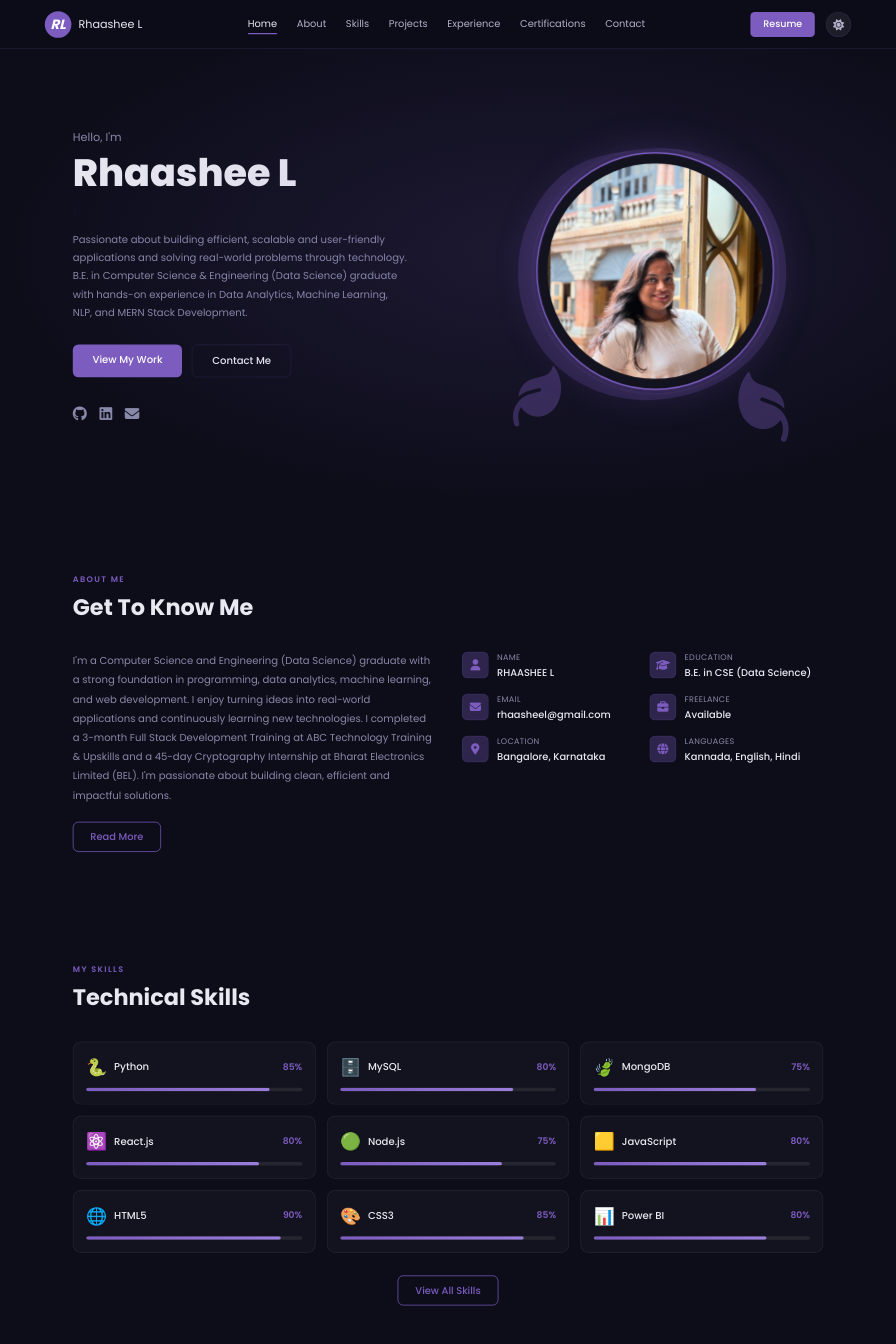
Repository: Rhaashee/Portfolio
Page: MyProfile-frontend/index.html
These files come from the project's save history. The page is drawn as it stood at one moment and after the next save; the edit follows.
The browser window is 1280 px wide. The pictures show the part of the page from y = 0 to 1920 px (the page is 5022 px tall), at 70% of full size.

Above is the page before, as saved 2026-06-21 13:07:21.

### MyProfile-frontend/index.html
<!DOCTYPE html>
<html lang="en">
<head>
<meta charset="UTF-8" />
<meta name="viewport" content="width=device-width, initial-scale=1.0" />
<title>Rhaashee L | Portfolio</title>
<link rel="preconnect" href="https://fonts.googleapis.com" />
<link href="https://fonts.googleapis.com/css2?family=Poppins:wght@300;400;500;600;700;800&display=swap" rel="stylesheet" />
<link rel="stylesheet" href="https://cdnjs.cloudflare.com/ajax/libs/font-awesome/6.5.1/css/all.min.css" />

<link rel="stylesheet" href="css/varibales.css" />
<link rel="stylesheet" href="css/custom.css" />
<link rel="stylesheet" href="css/themes.css" />
<link rel="stylesheet" href="css/animations.css" />
<link rel="stylesheet" href="css/responsive.css" />
</head>
<body>

<!-- ===== NAVBAR ===== -->
<nav class="navbar" id="navbar">
  <div class="nav-logo">
    <div class="logo-icon">R</div>
    <span id="nav-logo-text">RHAASHEE</span>
  </div>

  <div class="nav-links">
    <a href="#hero" class="active">Home</a>
    <a href="#about">About</a>
    <a href="#skills">Skills</a>
    <a href="#projects">Projects</a>
    <a href="#experience">Experience</a>
    <a href="#certifications">Certifications</a>
    <a href="#contact">Contact</a>
  </div>

  <div class="nav-right">
    <a href="assets/resume/RhaasheeL_Resume.pdf" target="_blank" class="btn-resume" id="nav-resume-btn">Resume</a>
    <button class="theme-toggle" id="theme-toggle" aria-label="Toggle theme"><i class="fas fa-sun"></i></button>
    <button class="hamburger" id="hamburger" aria-label="Menu">
      <span></span><span></span><span></span>
    </button>
  </div>
</nav>

<div class="mobile-menu" id="mobile-menu">
  <a href="#hero" class="mobile-link">Home</a>
  <a href="#about" class="mobile-link">About</a>
  <a href="#skills" class="mobile-link">Skills</a>
  <a href="#projects" class="mobile-link">Projects</a>
  <a href="#experience" class="mobile-link">Experience</a>
  <a href="#certifications" class="mobile-link">Certifications</a>
  <a href="#contact" class="mobile-link">Contact</a>
</div>

<!-- ===== 01 HERO ===== -->
<section id="hero">
  <div class="hero-wrapper">
    <div class="hero-content">
      <p class="hero-hello" id="hero-hello">Hello, I'm</p>
      <h1 class="hero-name" id="hero-name">RHAASHEE L</h1>
      <p class="hero-tagline"><span id="hero-tagline-text" class="typing-text"></span></p>
      <p class="hero-desc" id="hero-desc"></p>
      <div class="hero-btns">
        <a href="#projects" class="btn-primary">View My Work</a>
        <a href="#contact" class="btn-secondary">Contact Me</a>
      </div>
      <div class="hero-socials" id="hero-socials"></div>
    </div>

    <div class="hero-image-wrap">
      <div class="hero-blob">
        <svg viewBox="0 0 500 500" xmlns="http://www.w3.org/2000/svg">
          <path d="M250,60 C340,55 420,110 440,200 C460,290 420,370 340,410 C260,450 160,440 100,380 C40,320 30,220 70,150 C110,80 160,65 250,60 Z"></path>
        </svg>
      </div>

      <div class="hero-decor">
        <i class="fas fa-sparkle sparkle sparkle-1"></i>
        <i class="fas fa-sparkle sparkle sparkle-2"></i>
        <i class="fas fa-sparkle sparkle sparkle-3"></i>
        <i class="fas fa-sparkle sparkle sparkle-4"></i>
        <i class="fas fa-sparkle sparkle sparkle-5"></i>
        <i class="fas fa-leaf leaf leaf-1"></i>
        <i class="fas fa-leaf leaf leaf-2"></i>
      </div>

      <div class="hero-image-ring">
        <img id="hero-img" src="assets/images/rhaa.jpeg" alt="Rhaashee L" />
      </div>
    </div>
  </div>
</section>

<!-- ===== 02 ABOUT ===== -->
<section id="about" class="section">
  <p class="section-label">About Me</p>
  <h2 class="section-title">Get To Know Me</h2>

  <div class="about-grid">
    <div>
      <p class="about-desc" id="about-desc"></p>
      <a href="#contact" class="btn-outline">Read More</a>
    </div>

    <div class="about-info-grid">
      <div class="about-info-item">
        <div class="about-info-icon"><i class="fas fa-user"></i></div>
        <div>
          <div class="about-info-label">Name</div>
          <div class="about-info-value" id="about-name"></div>
        </div>
      </div>
      <div class="about-info-item">
        <div class="about-info-icon"><i class="fas fa-graduation-cap"></i></div>
        <div>
          <div class="about-info-label">Education</div>
          <div class="about-info-value" id="about-education"></div>
        </div>
      </div>
      <div class="about-info-item">
        <div class="about-info-icon"><i class="fas fa-envelope"></i></div>
        <div>
          <div class="about-info-label">Email</div>
          <div class="about-info-value" id="about-email"></div>
        </div>
      </div>
      <div class="about-info-item">
        <div class="about-info-icon"><i class="fas fa-briefcase"></i></div>
        <div>
          <div class="about-info-label">Freelance</div>
          <div class="about-info-value" id="about-freelance"></div>
        </div>
      </div>
      <div class="about-info-item">
        <div class="about-info-icon"><i class="fas fa-location-dot"></i></div>
        <div>
          <div class="about-info-label">Location</div>
          <div class="about-info-value" id="about-location"></div>
        </div>
      </div>
      <div class="about-info-item">
        <div class="about-info-icon"><i class="fas fa-globe"></i></div>
        <div>
          <div class="about-info-label">Languages</div>
          <div class="about-info-value" id="about-languages"></div>
        </div>
      </div>
    </div>
  </div>
</section>

<!-- ===== 03 SKILLS ===== -->
<section id="skills" class="section">
  <p class="section-label">My Skills</p>
  <h2 class="section-title">Technical Skills</h2>

  <div class="skills-grid" id="skills-grid"></div>

  <div class="skills-btn-wrap">
    <a href="#" class="btn-outline">View All Skills</a>
  </div>
</section>

<!-- ===== 04 PROJECTS ===== -->
<section id="projects" class="section">
  <p class="section-label">Featured Projects</p>
  <h2 class="section-title">Some Things I've Built</h2>

  <div class="projects-grid" id="projects-grid"></div>

  <div class="projects-btn-wrap">
    <a href="#" class="btn-outline">View All Projects</a>
  </div>
</section>

<!-- ===== 05 EXPERIENCE ===== -->
<section id="experience" class="section">
  <p class="section-label">Experience</p>
  <h2 class="section-title">Work Experience</h2>

  <div class="experience-timeline">
    <div class="timeline-track" id="experience-track"></div>
  </div>
</section>

<!-- ===== 06 CERTIFICATIONS ===== -->
<section id="certifications" class="section">
  <p class="section-label">Certifications</p>
  <h2 class="section-title">My Certifications</h2>

  <div class="certs-slider-wrap">
    <div class="certs-row" id="certs-row"></div>
    <button class="certs-arrow" id="certs-arrow" aria-label="Next certifications"><i class="fas fa-chevron-right"></i></button>
  </div>
</section>

<!-- ===== EDUCATION ===== -->
<section id="education" class="section">
  <p class="section-label">Education</p>
  <h2 class="section-title">My Education</h2>

  <div class="education-grid" id="education-grid"></div>
</section>

<!-- ===== 08 CONTACT ===== -->
<section id="contact" class="section" style="position:relative;">
  <p class="section-label">Contact</p>
  <h2 class="section-title">Let's Connect</h2>

  <div class="contact-grid">
    <div>
      <p class="contact-desc">Have a project in mind or just want to say hi? I'd love to hear from you!</p>
      <div class="contact-info-list">
        <div class="contact-info-item"><i class="fas fa-envelope"></i><span id="contact-email"></span></div>
        <div class="contact-info-item"><i class="fas fa-phone"></i><span id="contact-phone"></span></div>
        <div class="contact-info-item"><i class="fas fa-location-dot"></i><span id="contact-location"></span></div>
      </div>
    </div>

    <form class="contact-form" id="contact-form">
      <div class="form-row">
        <div class="form-group">
          <input type="text" id="contact-name" placeholder="Name" required />
        </div>
        <div class="form-group">
          <input type="email" id="contact-email-input" placeholder="Email" required />
        </div>
      </div>
      <div class="form-group">
        <textarea id="contact-message" placeholder="Message" required></textarea>
      </div>
      <button type="submit" class="btn-send">Send Message</button>
      <p id="form-status" style="display:none;margin-top:10px;font-size:0.82rem;"></p>
    </form>
  </div>
  <div class="contact-plant">🪴</div>
</section>

<!-- ===== 09 FOOTER ===== -->
<footer>
  <div class="footer-grid">
    <div class="footer-brand">
      <div class="logo-icon">R</div>
      <p style="margin:10px 0 4px;font-weight:600;" id="footer-logo-text">Rhaashee L</p>
      <p class="footer-tagline">Building solutions. Creating impact.</p>
    </div>

    <div>
      <p class="footer-col-title">Quick Links</p>
      <div class="footer-links" id="footer-quick-links"></div>
    </div>

    <div>
      <p class="footer-col-title">Resources</p>
      <div class="footer-links" id="footer-resource-links"></div>
    </div>

    <div>
      <p class="footer-col-title">Connect</p>
      <div class="footer-socials" id="footer-socials"></div>
    </div>
  </div>

  <div class="footer-bottom">
    <p class="footer-copy">© 2026 Rhaashee L. All rights reserved.</p>
  </div>
</footer>

<button class="back-to-top" id="back-to-top" aria-label="Back to top"><i class="fas fa-arrow-up"></i></button>

<!-- ===== DATA ===== -->
<script src="js/data/profile.js"></script>
<script src="js/data/skills.js"></script>
<script src="js/data/projects.js"></script>
<script src="js/data/experience.js"></script>
<script src="js/data/certifications.js"></script>
<script src="js/data/education.js"></script>
<script src="js/data/socials.js"></script>

<!-- ===== FEATURES ===== -->
<script src="js/features/theme-toggle.js"></script>
<script src="js/features/hero-render.js"></script>
<script src="js/features/typing-effect.js"></script>
<script src="js/features/about-render.js"></script>
<script src="js/features/skills-render.js"></script>
<script src="js/features/project-render.js"></script>
<script src="js/features/experience-render.js"></script>
<script src="js/features/certification-render.js"></script>
<script src="js/features/education-render.js"></script>
<script src="js/features/social-render.js"></script>
<script src="js/features/navbar.js"></script>
<script src="js/features/mobile-menu.js"></script>
<script src="js/features/active-nav.js"></script>
<script src="js/features/BackToTop.js"></script>
<script src="js/features/scroll-animation.js"></script>
<script src="js/features/contact-api.js"></script>
<script src="js/features/contact-validation.js"></script>
<script src="js/features/modal.js"></script>

<script src="js/main.js"></script>
</body>
</html>

### MyProfile-frontend/css/varibales.css
/* ===== THEME VARIABLES ===== */
:root {
  /* Dark Theme (default) */
  --bg: #0d0d1a;
  --bg-card: #13131f;
  --bg-nav: rgba(13, 13, 26, 0.95);
  --text: #e8e8f0;
  --text-muted: #8888a8;
  --text-secondary: #b0b0c8;
  --accent: #7c5cbf;
  --accent-light: #9b7edb;
  --accent-glow: rgba(124, 92, 191, 0.3);
  --border: rgba(124, 92, 191, 0.2);
  --border-card: rgba(255, 255, 255, 0.07);
  --skill-bar-bg: rgba(255, 255, 255, 0.08);
  --input-bg: rgba(255, 255, 255, 0.05);
  --shadow: 0 4px 30px rgba(0, 0, 0, 0.4);
  --shadow-card: 0 2px 20px rgba(0, 0, 0, 0.3);
  --hero-gradient: radial-gradient(ellipse at 60% 50%, rgba(124, 92, 191, 0.15) 0%, transparent 70%);
  --section-number-color: #2a2a4a;
}

[data-theme="light"] {
  --bg: #f5f5ff;
  --bg-card: #ffffff;
  --bg-nav: rgba(245, 245, 255, 0.95);
  --text: #1a1a2e;
  --text-muted: #6666a0;
  --text-secondary: #444466;
  --accent: #6b46c1;
  --accent-light: #7c5cbf;
  --accent-glow: rgba(107, 70, 193, 0.15);
  --border: rgba(107, 70, 193, 0.2);
  --border-card: rgba(107, 70, 193, 0.1);
  --skill-bar-bg: rgba(107, 70, 193, 0.1);
  --input-bg: rgba(107, 70, 193, 0.05);
  --shadow: 0 4px 30px rgba(107, 70, 193, 0.1);
  --shadow-card: 0 2px 20px rgba(107, 70, 193, 0.08);
  --hero-gradient: radial-gradient(ellipse at 60% 50%, rgba(107, 70, 193, 0.08) 0%, transparent 70%);
  --section-number-color: #e8e8f8;
}

### MyProfile-frontend/css/themes.css
/* themes.css — light/dark toggle handled via data-theme on <html> */
/* All values live in varibales.css; this file only has structural overrides if needed */

[data-theme="light"] .hero-image-ring {
  box-shadow: 0 0 60px rgba(107, 70, 193, 0.2);
}

[data-theme="light"] .skill-bar-fill {
  background: linear-gradient(90deg, #6b46c1, #9b7edb);
}

[data-theme="light"] .navbar {
  box-shadow: 0 1px 20px rgba(107, 70, 193, 0.08);
}

[data-theme="light"] footer {
  background: #ededfa;
}

### MyProfile-frontend/css/animations.css
/* ===== ANIMATIONS ===== */

/* Typing cursor */
.typing-text::after {
  content: '|';
  color: var(--accent);
  animation: blink 0.8s infinite;
}

@keyframes blink {
  0%, 100% { opacity: 1; }
  50% { opacity: 0; }
}

/* Fade in up */
@keyframes fadeInUp {
  from { opacity: 0; transform: translateY(30px); }
  to   { opacity: 1; transform: translateY(0); }
}

.fade-in-up {
  animation: fadeInUp 0.6s ease forwards;
}

/* Float */
@keyframes float {
  0%, 100% { transform: translateY(0); }
  50%       { transform: translateY(-10px); }
}

.hero-image-ring {
  animation: float 5s ease-in-out infinite;
}

/* Stagger children */
.stagger > *:nth-child(1) { animation-delay: 0.1s; }
.stagger > *:nth-child(2) { animation-delay: 0.2s; }
.stagger > *:nth-child(3) { animation-delay: 0.3s; }
.stagger > *:nth-child(4) { animation-delay: 0.4s; }
.stagger > *:nth-child(5) { animation-delay: 0.5s; }
.stagger > *:nth-child(6) { animation-delay: 0.6s; }

/* Reduced motion */
@media (prefers-reduced-motion: reduce) {
  * { animation: none !important; transition-duration: 0.01ms !important; }
}

### MyProfile-frontend/css/responsive.css
/* ===== RESPONSIVE ===== */

@media (max-width: 1024px) {
  .skills-grid {
    grid-template-columns: repeat(2, 1fr);
  }

  .projects-grid {
    grid-template-columns: repeat(2, 1fr);
  }

  .footer-grid {
    grid-template-columns: 1fr 1fr;
  }
}

@media (max-width: 768px) {
  .nav-links {
    display: none;
  }

  .hamburger {
    display: flex;
  }

  .hero-wrapper {
    flex-direction: column-reverse;
    text-align: center;
    gap: 40px;
    padding-top: 80px;
  }

  .hero-btns {
    justify-content: center;
  }

  .hero-socials {
    justify-content: center;
  }

  .hero-name {
    font-size: 2.4rem;
  }

  .hero-image-wrap {
    width: 280px;
    height: 280px;
  }

  .hero-image-ring {
    width: 240px;
    height: 240px;
  }

  .hero-image-ring img,
  .hero-image-placeholder {
    width: 212px;
    height: 212px;
  }

  .leaf-1, .leaf-2 {
    font-size: 3rem;
  }

  .about-grid {
    grid-template-columns: 1fr;
  }

  .about-info-grid {
    grid-template-columns: 1fr 1fr;
  }

  .skills-grid {
    grid-template-columns: repeat(2, 1fr);
  }

  .projects-grid {
    grid-template-columns: 1fr;
  }

  .timeline-track {
    flex-direction: column;
  }

  .timeline-track::before {
    display: none;
  }

  .exp-card {
    margin-right: 0;
    margin-bottom: 16px;
  }

  .education-grid {
    grid-template-columns: 1fr;
  }

  .contact-grid {
    grid-template-columns: 1fr;
  }

  .form-row {
    grid-template-columns: 1fr;
  }

  .footer-grid {
    grid-template-columns: 1fr 1fr;
    gap: 24px;
  }

  .footer-bottom {
    flex-direction: column;
    gap: 12px;
    text-align: center;
  }

  .section {
    padding: 80px 5% 40px;
  }

  .section-title {
    font-size: 1.6rem;
  }
}

@media (max-width: 480px) {
  .skills-grid {
    grid-template-columns: 1fr;
  }

  .about-info-grid {
    grid-template-columns: 1fr;
  }

  .footer-grid {
    grid-template-columns: 1fr;
  }

  .certs-row {
    flex-wrap: nowrap;
    overflow-x: auto;
    scrollbar-width: thin;
    padding-bottom: 8px;
  }

  .hero-name {
    font-size: 2rem;
  }
}

/* Mobile nav link hover */
.mobile-link:hover {
  color: var(--accent);
}

### MyProfile-frontend/js/data/profile.js
// js/data/profile.js
const profile = {
  name: "RHAASHEE L",
  shortName: "Rhaashee L",
  initial: "RL",
  hello: "Hello, I'm",
  tagline: "Data Science Graduate |  Full Stack Developer",
  description:
    "Passionate about building efficient, scalable and user-friendly applications and solving real-world problems through technology. B.E. in Computer Science & Engineering (Data Science) graduate with hands-on experience in Data Analytics, Machine Learning, NLP, and MERN Stack Development.",
  email: "rhaasheel@gmail.com",
  phone: "+91 7349377602",
  location: "Bangalore, Karnataka",
  freelance: "Available",
  languages: "Kannada, English, Hindi",
  education: "B.E. in CSE (Data Science)",
  aboutText:
    "I'm a Computer Science and Engineering (Data Science) graduate with a strong foundation in programming, data analytics, machine learning, and web development. I enjoy turning ideas into real-world applications and continuously learning new technologies. I completed a 3-month Full Stack Development Training at ABC Technology Training & Upskills and a 45-day Cryptography Internship at Bharat Electronics Limited (BEL). I'm passionate about building clean, efficient and impactful solutions.",
  resumePath: "assets/resume/RhaasheeL_Resume.pdf",
  profileImage: "assets/images/rhaa.jpeg",
  socials: {
    github: "https://github.com/Rhaashee",
    linkedin: "https://www.linkedin.com/in/rhaashee-lokesh-5ba271339/",
    email: "mailto:rhaasheel@gmail.com",
  },
  typingStrings: [
    "Data Analyst",
    "Full Stack Developer",
    "Problem Solver",
  ],
};

Loaded but not shown: MyProfile-frontend/js/features/hero-render.js (43 lines, source omitted); MyProfile-frontend/js/features/contact-validation.js (58 lines, source omitted); MyProfile-frontend/js/features/social-render.js (36 lines, source omitted); MyProfile-frontend/js/data/projects.js (48 lines, source omitted); MyProfile-frontend/js/features/skills-render.js (43 lines, source omitted); MyProfile-frontend/js/features/theme-toggle.js (40 lines, source omitted); MyProfile-frontend/js/features/modal.js (30 lines, source omitted); MyProfile-frontend/js/features/project-render.js (30 lines, source omitted); MyProfile-frontend/js/features/about-render.js (20 lines, source omitted); MyProfile-frontend/js/data/socials.js (24 lines, source omitted); MyProfile-frontend/js/features/typing-effect.js (37 lines, source omitted); MyProfile-frontend/js/features/certification-render.js (35 lines, source omitted); MyProfile-frontend/js/data/certifications.js (45 lines, source omitted); MyProfile-frontend/js/data/skills.js (15 lines, source omitted); MyProfile-frontend/js/features/contact-api.js (24 lines, source omitted); MyProfile-frontend/js/features/active-nav.js (25 lines, source omitted); MyProfile-frontend/js/features/experience-render.js (23 lines, source omitted); MyProfile-frontend/js/data/education.js (24 lines, source omitted); MyProfile-frontend/js/features/education-render.js (23 lines, source omitted); MyProfile-frontend/js/features/scroll-animation.js (21 lines, source omitted); MyProfile-frontend/js/features/mobile-menu.js (18 lines, source omitted); MyProfile-frontend/js/data/experience.js (15 lines, source omitted); MyProfile-frontend/js/features/BackToTop.js (19 lines, source omitted); MyProfile-frontend/js/features/navbar.js (15 lines, source omitted); MyProfile-frontend/js/main.js (5 lines, source omitted); MyProfile-frontend/css/custom.css (1169 lines, source omitted)

After the next save:
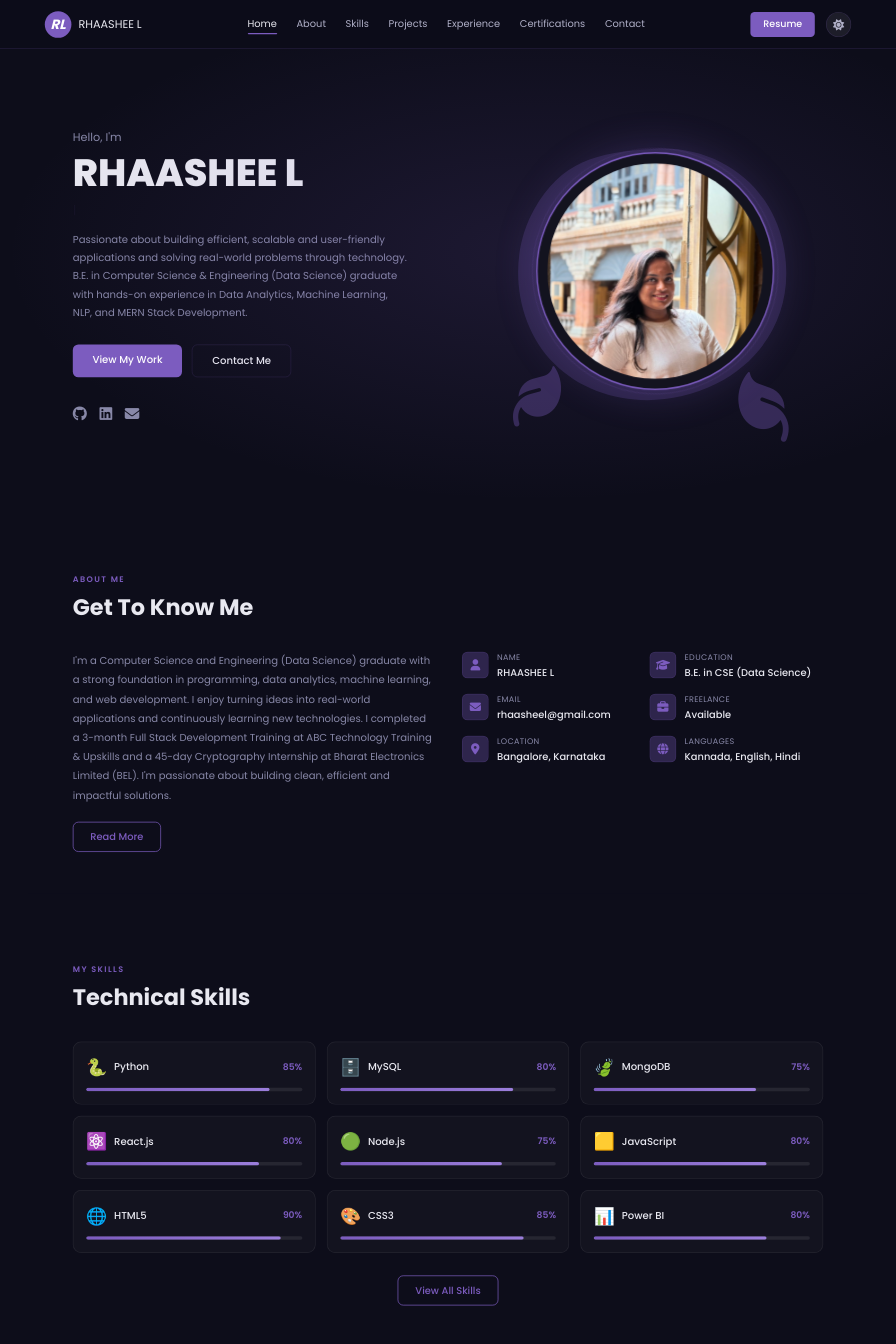
Saved 7 s later.
--- a/MyProfile-frontend/js/data/profile.js
+++ b/MyProfile-frontend/js/data/profile.js
@@ -1,7 +1,7 @@
 // js/data/profile.js
 const profile = {
   name: "RHAASHEE L",
-  shortName: "Rhaashee L",
+  shortName: "RHAASHEE L",
   initial: "RL",
   hello: "Hello, I'm",
   tagline: "Data Science Graduate |  Full Stack Developer",
